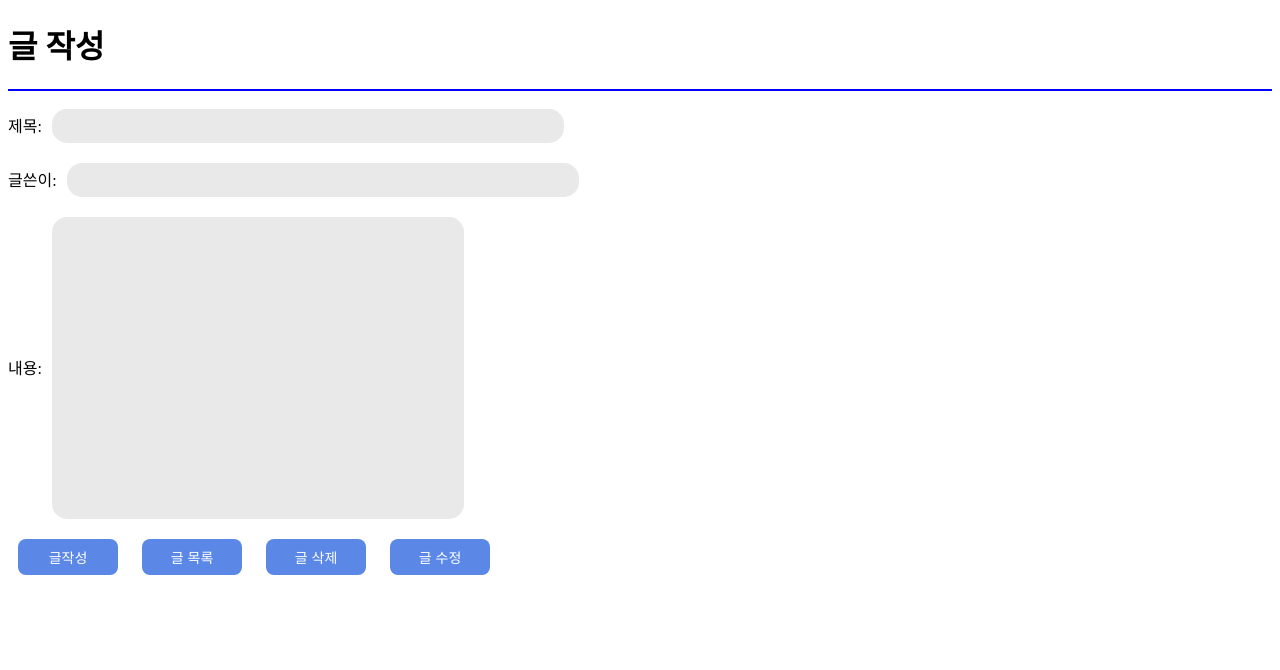
Repository: Yusubin/workEx
Page: test00/src/main/webapp/index.html
An editor plug-in stored every save of this project. The page is shown before and after a run of saves, followed by the edit.
The browser window is 1280 px wide. The pictures show the whole page.

Above is the page before, as saved 2022-02-15 03:30:51.

After the next 2 saves:
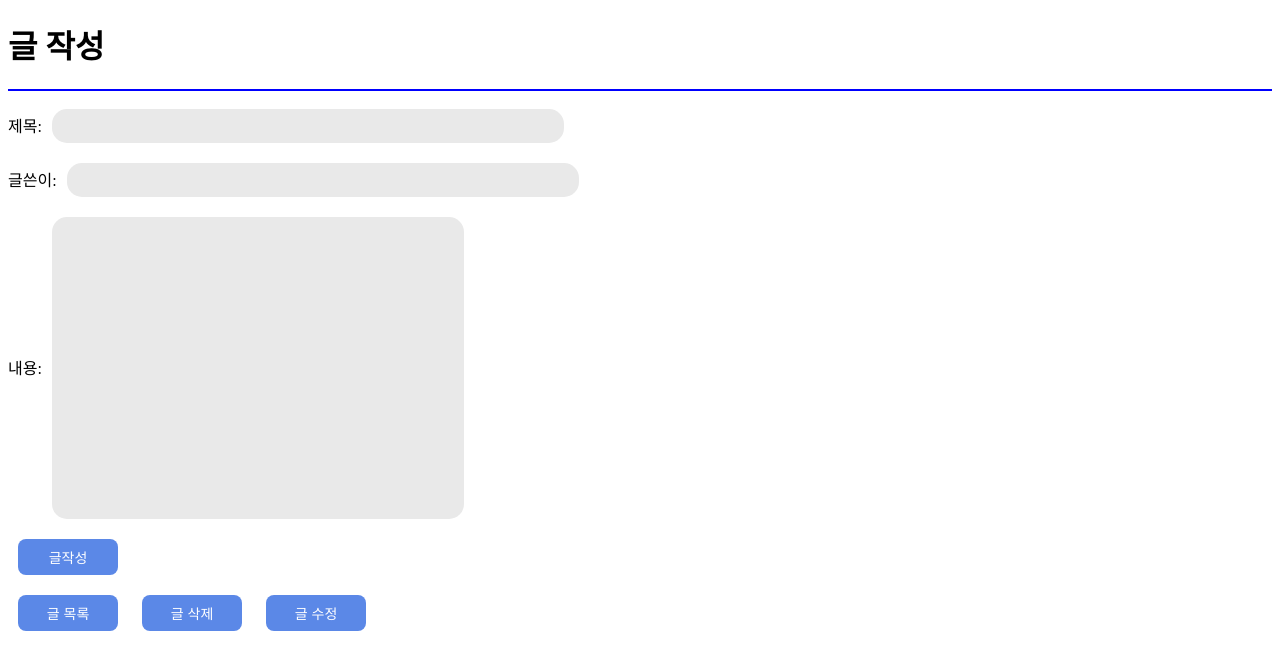
The 2 saves are shown as one change because they came seconds apart.
The last was saved 6 s later.
--- a/test00/src/main/webapp/index.html
+++ b/test00/src/main/webapp/index.html
@@ -40,7 +40,7 @@
 		글쓴이:<input type="text" name="name"><br>
 		내용:<input type="text" name="content" style="width:400px; height:300px"><br>
 	</form>
-		<button onclick="insert()">글작성</button>
+	<button onclick="insert()">글작성</button><br>
 	<button onclick="location = 'boardList.jsp';">글 목록</button>
 
 	<button onclick="location = 'deleteForm.html';">글 삭제</button>
